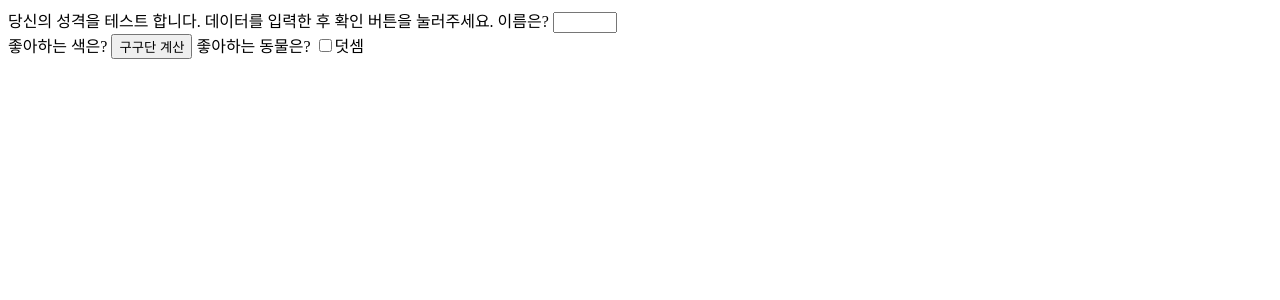
Repository: tjdwlsaos22/TJ_JSP
Page: http://localhost/Character/character.jsp
The author's editor kept a copy of each file at every save. The page is drawn from the files as they stood at one save, then again after the next save.
The browser window is 1280 px wide. The pictures show the whole page.
The page is served by Tomcat 9.

Above is the page before, as saved 2024-01-22 02:50:17.

### jsp1/Character/src/main/webapp/character.jsp
<%@ page language="java" contentType="text/html; charset=UTF-8"
    pageEncoding="UTF-8"%>
<!DOCTYPE html>
<html>
<head>
<meta charset="UTF-8">
<title>Insert title here</title>
</head>
<body>
	<form action="MulTable" method="get">
	당신의 성격을 테스트 합니다. 데이터를 입력한 후 확인 버튼을 눌러주세요.
	이름은?
		<input type="text" name="num1" size="5" style="text-align: right;  padding-right:1px"><br>
	좋아하는 색은?
		<input type="submit" value="구구단 계산">
	좋아하는 동물은?
			<input type="checkbox" name="hobby" value="add" >덧셈<br>

	</form>

</body>
</html>

After the next save:
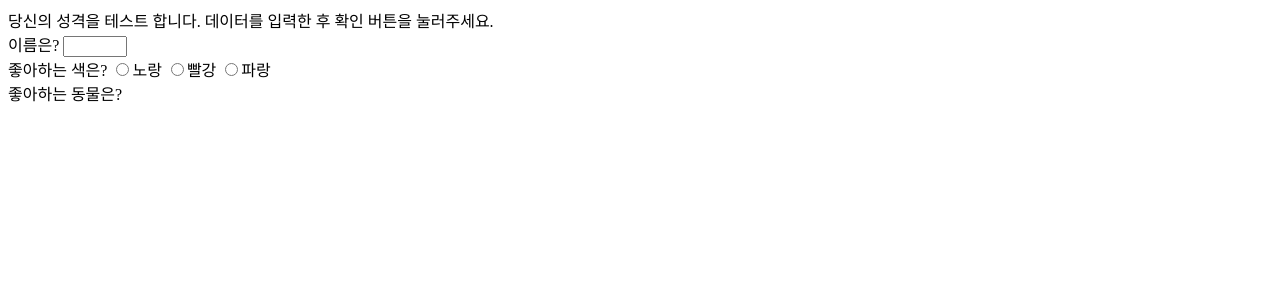
Saved 91 s later.
--- a/jsp1/Character/src/main/webapp/character.jsp
+++ b/jsp1/Character/src/main/webapp/character.jsp
@@ -8,13 +8,14 @@
 </head>
 <body>
 	<form action="MulTable" method="get">
-	당신의 성격을 테스트 합니다. 데이터를 입력한 후 확인 버튼을 눌러주세요.
+	당신의 성격을 테스트 합니다. 데이터를 입력한 후 확인 버튼을 눌러주세요.<br>
 	이름은?
 		<input type="text" name="num1" size="5" style="text-align: right;  padding-right:1px"><br>
 	좋아하는 색은?
-		<input type="submit" value="구구단 계산">
+			<input type="radio" name="color" value="yello" >노랑
+			<input type="radio" name="color" value="red" >빨강
+			<input type="radio" name="color" value="blue" >파랑<br>
 	좋아하는 동물은?
-			<input type="checkbox" name="hobby" value="add" >덧셈<br>
 
 	</form>
 
